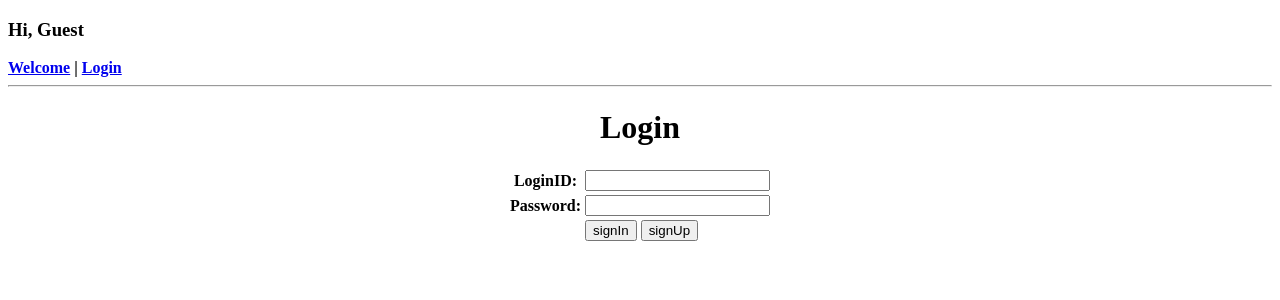
Repository: Suraj141203/DynamicWebProject
Page: http://localhost/advance-java-web/LoginView.jsp
The author's editor kept a copy of each file at every save. The page is drawn from the files as they stood at one save, then again after the next save.
The browser window is 1280 px wide. The pictures show the whole page.
The page is served by Tomcat 9. Other server files are loaded and not shown.

Above is the page before, as saved 2024-08-06 12:44:26.

### Dynamic Web Project/advance-java-web/WebContent/LoginView.jsp
<%@ page language="java" contentType="text/html; charset=ISO-8859-1"
	pageEncoding="ISO-8859-1"%>
<!DOCTYPE html>
<html>
<head>
<meta charset="ISO-8859-1">
<title>Insert title here</title>
</head>
<body>
	<%@ include file="Header.jsp"%>
	<form action="LoginCtl" method="post">
		<div align="center">
			<h1>Login</h1>
			<%
				String msg = (String) request.getAttribute("msg");
			%>
			<%
				if (msg != null) {
			%>
			<h3>
				<font color="red"><%=msg%></font>
			</h3>
			<%
				}
			%>
			<table>
				<tr>
					<th>LoginID:</th>
					<td><input type="text" name="loginId"></td>
				</tr>
				<tr>
					<th>Password:</th>
					<td><input type="text" name="password"></td>
				</tr>
				<tr>
					<td></td>
					<td><input type="submit" name="operation" value="signIn">
						<input type="submit" name="operation" value="signUp"></td>
				</tr>
			</table>
		</div>
	</form>
</body>
</html>

### Dynamic Web Project/advance-java-web/WebContent/Header.jsp
<%@page import="in.co.rays.bean.UserBean"%>
<%@ page language="java" contentType="text/html; charset=ISO-8859-1"
	pageEncoding="ISO-8859-1"%>
<!DOCTYPE html>
<html>
<head>
<meta charset="ISO-8859-1">
<title>Insert title here</title>
</head>
<body>
	<%
		UserBean user = (UserBean) request.getAttribute("user");
	%>
	<%
		if (user != null) {
	%>
	<h3>
		Hi ,
		<%=user.getFirstName()%></h3>
	<%
		} else {
	%>
	<h3>Hi, Guest</h3>
	<a href="WelcomeCtl"><b>Welcome</b></a>
	<b>|</b>
	<a href="LoginCtl"><b>Login</b></a>
	<%
		}
	%>
	<hr>
</body>
</html>

After the next save:
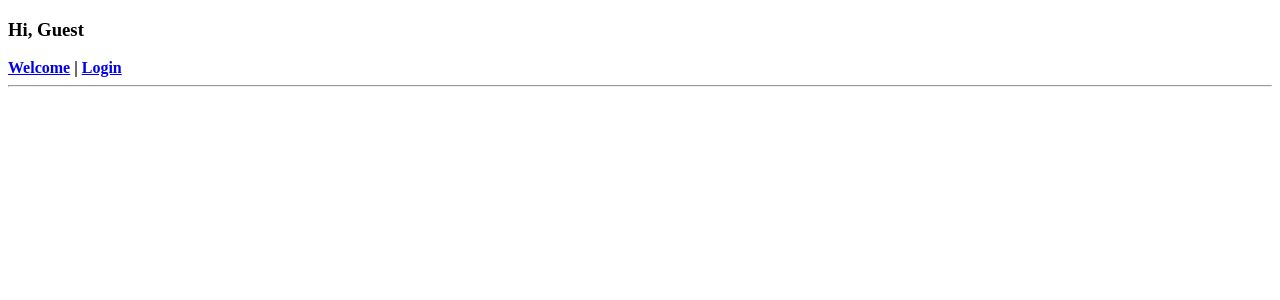
Saved 99 s later.
--- a/Dynamic Web Project/advance-java-web/WebContent/LoginView.jsp
+++ b/Dynamic Web Project/advance-java-web/WebContent/LoginView.jsp
@@ -1,3 +1,4 @@
+<%@page import="in.co.rays.bean.UserBean"%>
 <%@ page language="java" contentType="text/html; charset=ISO-8859-1"
 	pageEncoding="ISO-8859-1"%>
 <!DOCTYPE html>
@@ -7,38 +8,30 @@
 <title>Insert title here</title>
 </head>
 <body>
-	<%@ include file="Header.jsp"%>
-	<form action="LoginCtl" method="post">
-		<div align="center">
-			<h1>Login</h1>
-			<%
-				String msg = (String) request.getAttribute("msg");
-			%>
-			<%
-				if (msg != null) {
-			%>
-			<h3>
-				<font color="red"><%=msg%></font>
-			</h3>
-			<%
-				}
-			%>
-			<table>
-				<tr>
-					<th>LoginID:</th>
-					<td><input type="text" name="loginId"></td>
-				</tr>
-				<tr>
-					<th>Password:</th>
-					<td><input type="text" name="password"></td>
-				</tr>
-				<tr>
-					<td></td>
-					<td><input type="submit" name="operation" value="signIn">
-						<input type="submit" name="operation" value="signUp"></td>
-				</tr>
-			</table>
-		</div>
-	</form>
+	<%
+		UserBean user = (UserBean) session.getAttribute("user");
+	%>
+	<%
+		if (user != null) {
+	%>
+	<h3>
+		Hi,
+		<%=user.getFirstName()%></h3>
+	<a href="UserCtl"><b>Add User</b></a>
+	<b>|</b>
+	<a href="UserListCtl"><b>User List</b></a>
+	<b>|</b>
+	<a href="LoginCtl?operation=logout"><b>Logout</b></a>
+	<%
+		} else {
+	%>
+	<h3>Hi, Guest</h3>
+	<a href="WelcomeCtl"><b>Welcome</b></a>
+	<b>|</b>
+	<a href="LoginCtl"><b>Login</b></a>
+	<%
+		}
+	%>
+	<hr>
 </body>
 </html>
